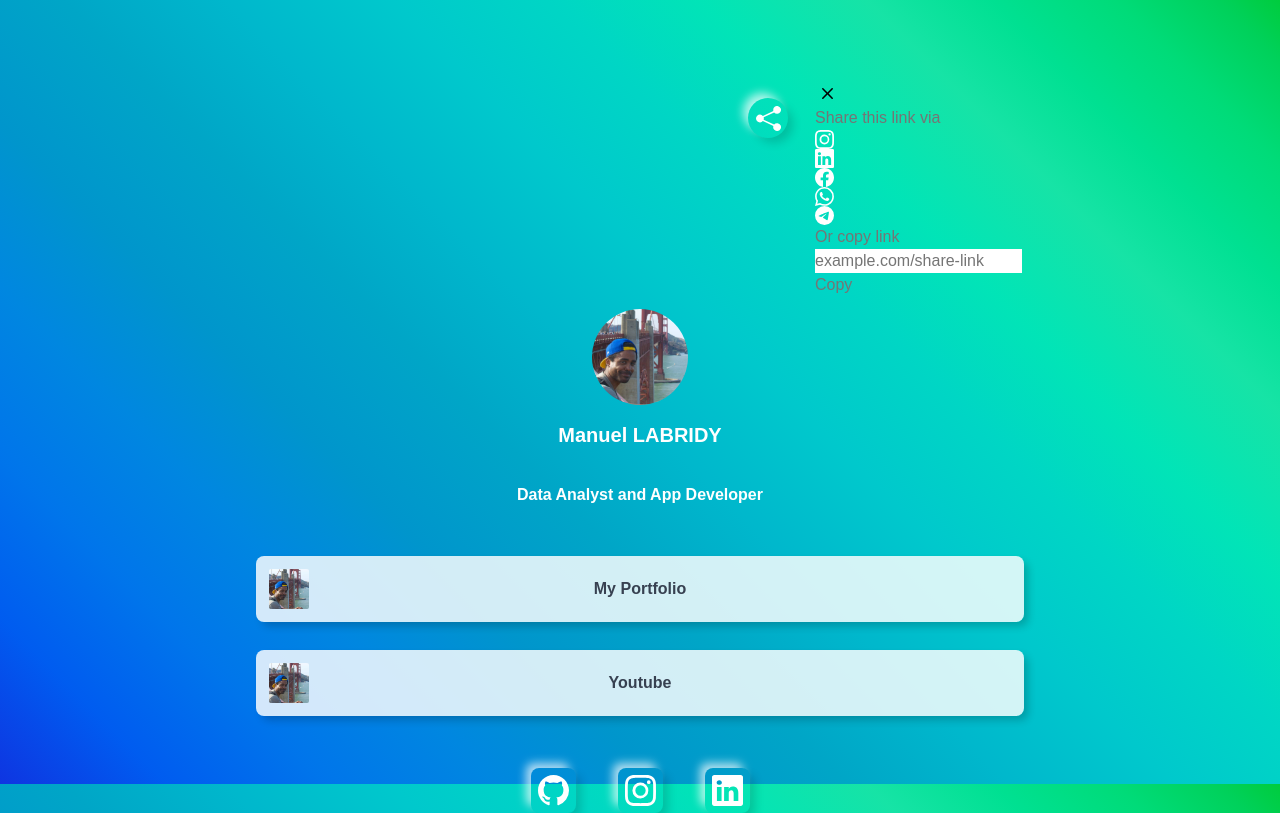
Repository: MateLaDBrouille97/linktree
Page: /
An editor plug-in stored every save of this project. The page is shown before and after the next save, followed by the edit.
The browser window is 1280 px wide. The pictures show the whole page.
The project was rebuilt for these pictures with package versions that can differ from the ones it lists, and the page was loaded fresh each time. The framework's server and built-in components were replaced by stand-ins that run in the browser. Also part of the build but not shown: next.config.js, styles/Home.module.css, styles/scrollup.css.

Above is the page before, as saved 2023-01-23 21:27:08.

### app/layout.tsx
"use client";

import '@/styles/globals.css'
import '../styles/Home.module.css';
import '../styles/scrollup.css';
import '../styles/home.css';
import '../styles/socials.css';
import '../styles/share.css';
import ScrollDow from '../components/ScrollDow';
import ScrollUp from '../components/scrollup/ScrollUp'

export default function RootLayout({
    children,
  }: {
    children: React.ReactNode;
  }) {
    return (
      <html lang="en">
        <body>{children}</body>
        {/* <ScrollDow/> */}
        {/* <ScrollUp/> */}
      </html>
    );
  }

### app/page.tsx
"use client";

import Image from "next/image";
import data from "data.json";
import image from "../public/ManuelTL2.jpg";
import image1 from "../public/ManuelTL2.jpg";
import { useEffect, useState } from "react";
import Socials from "../components/Socials";
import Share from "@/components/Share";

function LinkCard({
  href,
  title,
  image,
}: {
  href: string;
  title: string;
  image?: string;
}) {
  return (
    <a
      href={href}
      className="flex items-center p-3 w-full rounded-lg hover:scale-105 transition-all bg-gray-100 mb-3 -mt-2 max-w-3xl home__linkcard-box"
    >
      <div className="flex text-center w-full home__linkcard-card">
        <div className="w-10 h-10 home__linkcard-img">
          {image1 && (
            <Image
              className="rounded-sm"
              alt={data.name}
              src={image1}
              width={40}
              height={40}
            />
          )}
        </div>
        <h2 className="flex justify-center items-center font-semibold w-full text-gray-700 -ml-10 home__linkcard-title">
          {title}
        </h2>
      </div>
    </a>
  );
}

export default function Home() {
  /*==================== Toggle Menu ====================== */
  const [toggle, showMenu] = useState(false);
  const [activeNav, setActiveNav] = useState("#home");

  /* +++++++++++++++++++++++++++++++++++++++++++++++++ */
  // const { dbUser, image } = useUserContext();

  // const breakpoints = (width) => {
  //   if (width < 640) {
  //     return "xs";
  //   } else if (width >= 640 && width < 768) {
  //     return "sm";
  //   } else if (width >= 768 && width < 1024) {
  //     return "md";
  //   } else if (width >= 1024) {
  //     return "lg";
  //   }
  // };

  // const [breakpoint, setBreakpoint] = useState(() =>
  //   breakpoints(typeof window !== "undefined" && window.innerWidth)
  // );

  useEffect(() => {
    if (toggle) {
      // const calcInnerWidth = function () {
      //   setBreakpoint(breakpoints(window.innerWidth));
      // };
      // window.addEventListener("resize", calcInnerWidth);
      window.addEventListener("scroll", function () {
        const header = this.document.querySelector(".header");
        //scroll higher than 200 viewport height
        //add scroll header class to a tag with the scroll-top
        if (this.scrollY >= 80) header?.classList.add("scroll-header");
        else header?.classList.remove("scroll-header");
      });
    }
  }, []);

  useEffect(() => {
    showMenu(true);
  }, []);

  return (
    <div className="flex items-center flex-col mx-auto w-full justify-center mt-16 px-8 ">
      <Share/>
      <a
        href="#home"
        onClick={() => setActiveNav("#home")}
        // className={
        //   activeNav === "#home" ? "nav__logo active-link" : "nav__logo"
        // }
      >
        <Image
          className="rounded-full"
          alt={data.name}
          src={image}
          width={96}
          height={96}
        />
      </a>

      <h1 className="font-semibold mt-4 mb-8 text-xl" style={{color:"white"}}>{data.name}</h1>
      <h3 className="home__description" style={{color:"white"}}>{data.small_description}</h3>

      <div className="grid place-items-center w-full mt-2">
        {data.links.map((link) => (
          <LinkCard key={link.href} {...link} />
        ))}
      </div>

      <div className="gap-3 items-center flex mt-10">
        {data?.socials?.map((social) => {
         return(

          <Socials title={social?.title} key={social?.href} />
          )
        })}
      </div>
    </div>
  );
}

### styles/socials.css
/* .social__link{
    color: var(--container-color);
    font-size: 1.125rem;
    padding: 0.4rem;
    border-radius:1.5rem;
    display: inline-flex;
} */
/*
.social__link:hover{
    background-color:rgba(44, 203, 224, 0.986);
} */

.social__link{
    display:flex;
    /* background-color: var(--container-color); */
    color: var(--container-color);
    height: 45px;
    width: 45px;
    margin: 0 15px;
    border-radius: 8px;
    align-items: center;
    justify-content:center;
    text-decoration: none;
    box-shadow: 6px 6px 10px -1px rgba(0,0,0,0.15),
                -6px -6px 10px -1px rgba(255,255,255,0.7);
    border: 1px solid   rgba(0,0,0,0);
    transition: transform 0.5s;
}

a svg {
    font-size: 38px;
    color: white;
    transition: transform 0.5s;
}


.social__link:hover{
    background-color: rgba(255, 255, 255, 0.829);
    box-shadow: inset 4px 4px 6px -1px rgba(0,0,0,0.2),
                inset -4px -4px 6px -1px rgba(255,255,255,0.7),
                -0.5px -0.5px 0px  rgba(255,255,255,1),
                0.5px 0.5px 0px  rgba(0,0,0,0.15),
                0px -12px 10px -10px  rgba(0,0,0,0.05);
    border: 1px solid   rgba(0,0,0,0.1);
    transform:translateY(2px)  ;
}


a:hover svg{
    transform: scale(1.10);
    fill: black;
    transition: transform 0.5s;
}

a:hover .bi-linkedin{
    fill:rgb(18, 83, 203) ;
    transform:scale(1.10);
    transition: transform 0.5s;
}

a:hover .bi-instagram{
    fill:#e64771;
    transform:scale(1.10);
    transition: transform 0.5s;
}


/*=============== BREAKPOINTS ===============*/
/* For large devices */
@media screen and (max-width: 992px) {


    .social__link:hover{

        box-shadow: inset 4px 4px 6px -1px rgba(0,0,0,0.2),
                    inset -4px -4px 6px -1px rgba(255,255,255,0.7),
                    -0.5px -0.5px 0px  rgba(255,255,255,1),
                    0.5px 0.5px 0px  rgba(0,0,0,0.15),
                    0px -12px 10px -10px  rgba(0,0,0,0.05);
        border: 1px solid   rgba(0,0,0,0.1);
        transform:translateY(2px)  ;
    }




  }

  /* For medium devices */
  @media screen and (max-width: 768px) {




  }



  /* For small devices */
  @media screen and (max-width: 350px) {





  }

### styles/share.css
/*          Share   Items  */

.share-link{
    display:flex;
    /* background-color: var(--container-color); */
    color: var(--container-color);
    height: 45px;
    width: 45px;
    margin: 0 15px;
    border-radius: 22px;
    align-items: center;
    justify-content:center;
    text-decoration: none;
    box-shadow: 6px 6px 10px -1px rgba(0,0,0,0.15),
                -6px -6px 10px -1px rgba(255,255,255,0.7);
    border: 1px solid   rgba(0,0,0,0);
    transition: transform 0.5s;
}

.share-link:hover{
    background-color: rgba(255, 255, 255, 0.829);
    box-shadow: inset 4px 4px 6px -1px rgba(0,0,0,0.2),
                inset -4px -4px 6px -1px rgba(255,255,255,0.7),
                -0.5px -0.5px 0px  rgba(255,255,255,1),
                0.5px 0.5px 0px  rgba(0,0,0,0.15),
                0px -12px 10px -10px  rgba(0,0,0,0.05);
    border: 1px solid   rgba(0,0,0,0.1);
    transform:translateY(2px)  ;
}



/* .share-link .bi-share-fill{
    fill: white;
} */

.share-link:hover .bi-share-fill{
    fill: black;
    transform:scale(1.10);
    transition: transform 0.5s;

}

header{
    width:95%;
    max-width: 788px;
    display: flex;
    justify-content: flex-end;
    padding: 12px;
    margin-top: 5px;
}

.share-button{
    width: 40px;
    height: 40px;
    border-radius:20px;
    color: var(--container-color);

}

ul{
}

.content{
}

.share{
    width:95%;
    max-width: 788px;
    display: flex;
    justify-content: flex-end;
    padding: 12px;
    margin-top: 5px;
}

### components/Socials.tsx
function GitHubIcon() {
  return (
    <a href="https://github.com/LuckyMate97" className="social__link">
      <svg xmlns="http://www.w3.org/2000/svg" width="31" height="31" fill="white" className="bi bi-github" viewBox="0 0 16 16"> <path d="M8 0C3.58 0 0 3.58 0 8c0 3.54 2.29 6.53 5.47 7.59.4.07.55-.17.55-.38 0-.19-.01-.82-.01-1.49-2.01.37-2.53-.49-2.69-.94-.09-.23-.48-.94-.82-1.13-.28-.15-.68-.52-.01-.53.63-.01 1.08.58 1.23.82.72 1.21 1.87.87 2.33.66.07-.52.28-.87.51-1.07-1.78-.2-3.64-.89-3.64-3.95 0-.87.31-1.59.82-2.15-.08-.2-.36-1.02.08-2.12 0 0 .67-.21 2.2.82.64-.18 1.32-.27 2-.27.68 0 1.36.09 2 .27 1.53-1.04 2.2-.82 2.2-.82.44 1.1.16 1.92.08 2.12.51.56.82 1.27.82 2.15 0 3.07-1.87 3.75-3.65 3.95.29.25.54.73.54 1.48 0 1.07-.01 1.93-.01 2.2 0 .21.15.46.55.38A8.012 8.012 0 0 0 16 8c0-4.42-3.58-8-8-8z"/> </svg>
    </a>
  );
}

function InstagramIcon() {
  return (
    <a href="https://www.instagram.com/oto.mata33/" className="social__link">
      <svg xmlns="http://www.w3.org/2000/svg" width="31" height="31" fill="white" className="bi bi-instagram" viewBox="0 0 16 16"> <path d="M8 0C5.829 0 5.556.01 4.703.048 3.85.088 3.269.222 2.76.42a3.917 3.917 0 0 0-1.417.923A3.927 3.927 0 0 0 .42 2.76C.222 3.268.087 3.85.048 4.7.01 5.555 0 5.827 0 8.001c0 2.172.01 2.444.048 3.297.04.852.174 1.433.372 1.942.205.526.478.972.923 1.417.444.445.89.719 1.416.923.51.198 1.09.333 1.942.372C5.555 15.99 5.827 16 8 16s2.444-.01 3.298-.048c.851-.04 1.434-.174 1.943-.372a3.916 3.916 0 0 0 1.416-.923c.445-.445.718-.891.923-1.417.197-.509.332-1.09.372-1.942C15.99 10.445 16 10.173 16 8s-.01-2.445-.048-3.299c-.04-.851-.175-1.433-.372-1.941a3.926 3.926 0 0 0-.923-1.417A3.911 3.911 0 0 0 13.24.42c-.51-.198-1.092-.333-1.943-.372C10.443.01 10.172 0 7.998 0h.003zm-.717 1.442h.718c2.136 0 2.389.007 3.232.046.78.035 1.204.166 1.486.275.373.145.64.319.92.599.28.28.453.546.598.92.11.281.24.705.275 1.485.039.843.047 1.096.047 3.231s-.008 2.389-.047 3.232c-.035.78-.166 1.203-.275 1.485a2.47 2.47 0 0 1-.599.919c-.28.28-.546.453-.92.598-.28.11-.704.24-1.485.276-.843.038-1.096.047-3.232.047s-2.39-.009-3.233-.047c-.78-.036-1.203-.166-1.485-.276a2.478 2.478 0 0 1-.92-.598 2.48 2.48 0 0 1-.6-.92c-.109-.281-.24-.705-.275-1.485-.038-.843-.046-1.096-.046-3.233 0-2.136.008-2.388.046-3.231.036-.78.166-1.204.276-1.486.145-.373.319-.64.599-.92.28-.28.546-.453.92-.598.282-.11.705-.24 1.485-.276.738-.034 1.024-.044 2.515-.045v.002zm4.988 1.328a.96.96 0 1 0 0 1.92.96.96 0 0 0 0-1.92zm-4.27 1.122a4.109 4.109 0 1 0 0 8.217 4.109 4.109 0 0 0 0-8.217zm0 1.441a2.667 2.667 0 1 1 0 5.334 2.667 2.667 0 0 1 0-5.334z"/> </svg>
    </a>
  );
}

function LinkedInIcon() {
  return (
    <a href="https://ca.linkedin.com/" className="social__link">
      <svg xmlns="http://www.w3.org/2000/svg" width="31" height="31" fill="white" className="bi bi-linkedin" viewBox="0 0 16 16"> <path d="M0 1.146C0 .513.526 0 1.175 0h13.65C15.474 0 16 .513 16 1.146v13.708c0 .633-.526 1.146-1.175 1.146H1.175C.526 16 0 15.487 0 14.854V1.146zm4.943 12.248V6.169H2.542v7.225h2.401zm-1.2-8.212c.837 0 1.358-.554 1.358-1.248-.015-.709-.52-1.248-1.342-1.248-.822 0-1.359.54-1.359 1.248 0 .694.521 1.248 1.327 1.248h.016zm4.908 8.212V9.359c0-.216.016-.432.08-.586.173-.431.568-.878 1.232-.878.869 0 1.216.662 1.216 1.634v3.865h2.401V9.25c0-2.22-1.184-3.252-2.764-3.252-1.274 0-1.845.7-2.165 1.193v.025h-.016a5.54 5.54 0 0 1 .016-.025V6.169h-2.4c.03.678 0 7.225 0 7.225h2.4z"/> </svg>
    </a>
  );
}

function Socials({ title }:{title?:string;}) {
  if (title == "Instagram") {
    return <InstagramIcon  />;
  }
  if (title == "Github") {
    return <GitHubIcon  />;
  }
  if (title == "LinkedIn") {
    return <LinkedInIcon  />;
  }
}

export default Socials;

### components/Share.tsx
import React from "react";

const Share = () => {
  return (
    <div className="share">
      <header>
        <div className="share-button share-link">
          <svg
            xmlns="http://www.w3.org/2000/svg"
            width="25"
            height="25"
            fill="white"
            className="bi bi-share-fill"
            viewBox="0 0 16 16"
          >
            {" "}
            <path d="M11 2.5a2.5 2.5 0 1 1 .603 1.628l-6.718 3.12a2.499 2.499 0 0 1 0 1.504l6.718 3.12a2.5 2.5 0 1 1-.488.876l-6.718-3.12a2.5 2.5 0 1 1 0-3.256l6.718-3.12A2.5 2.5 0 0 1 11 2.5z" />{" "}
          </svg>
        </div>
      </header>
      <div>
        <div className="close">
          <svg
            xmlns="http://www.w3.org/2000/svg"
            width="25"
            height="25"
            fill="black"
            className="bi bi-x"
            viewBox="0 0 16 16"
          >
            {" "}
            <path d="M4.646 4.646a.5.5 0 0 1 .708 0L8 7.293l2.646-2.647a.5.5 0 0 1 .708.708L8.707 8l2.647 2.646a.5.5 0 0 1-.708.708L8 8.707l-2.646 2.647a.5.5 0 0 1-.708-.708L7.293 8 4.646 5.354a.5.5 0 0 1 0-.708z" />{" "}
          </svg>{" "}
        </div>
        <div className="content">
          <p>Share this link via </p>
          <ul>
            <a href="" className="social__link-share">
              <svg
                xmlns="http://www.w3.org/2000/svg"
                width="19"
                height="19"
                fill="white"
                className="bi bi-instagram"
                viewBox="0 0 16 16"
              >
                {" "}
                <path d="M8 0C5.829 0 5.556.01 4.703.048 3.85.088 3.269.222 2.76.42a3.917 3.917 0 0 0-1.417.923A3.927 3.927 0 0 0 .42 2.76C.222 3.268.087 3.85.048 4.7.01 5.555 0 5.827 0 8.001c0 2.172.01 2.444.048 3.297.04.852.174 1.433.372 1.942.205.526.478.972.923 1.417.444.445.89.719 1.416.923.51.198 1.09.333 1.942.372C5.555 15.99 5.827 16 8 16s2.444-.01 3.298-.048c.851-.04 1.434-.174 1.943-.372a3.916 3.916 0 0 0 1.416-.923c.445-.445.718-.891.923-1.417.197-.509.332-1.09.372-1.942C15.99 10.445 16 10.173 16 8s-.01-2.445-.048-3.299c-.04-.851-.175-1.433-.372-1.941a3.926 3.926 0 0 0-.923-1.417A3.911 3.911 0 0 0 13.24.42c-.51-.198-1.092-.333-1.943-.372C10.443.01 10.172 0 7.998 0h.003zm-.717 1.442h.718c2.136 0 2.389.007 3.232.046.78.035 1.204.166 1.486.275.373.145.64.319.92.599.28.28.453.546.598.92.11.281.24.705.275 1.485.039.843.047 1.096.047 3.231s-.008 2.389-.047 3.232c-.035.78-.166 1.203-.275 1.485a2.47 2.47 0 0 1-.599.919c-.28.28-.546.453-.92.598-.28.11-.704.24-1.485.276-.843.038-1.096.047-3.232.047s-2.39-.009-3.233-.047c-.78-.036-1.203-.166-1.485-.276a2.478 2.478 0 0 1-.92-.598 2.48 2.48 0 0 1-.6-.92c-.109-.281-.24-.705-.275-1.485-.038-.843-.046-1.096-.046-3.233 0-2.136.008-2.388.046-3.231.036-.78.166-1.204.276-1.486.145-.373.319-.64.599-.92.28-.28.546-.453.92-.598.282-.11.705-.24 1.485-.276.738-.034 1.024-.044 2.515-.045v.002zm4.988 1.328a.96.96 0 1 0 0 1.92.96.96 0 0 0 0-1.92zm-4.27 1.122a4.109 4.109 0 1 0 0 8.217 4.109 4.109 0 0 0 0-8.217zm0 1.441a2.667 2.667 0 1 1 0 5.334 2.667 2.667 0 0 1 0-5.334z" />{" "}
              </svg>
            </a>
            <a href="" className="social__link-share">
              <svg
                xmlns="http://www.w3.org/2000/svg"
                width="19"
                height="19"
                fill="white"
                className="bi bi-linkedin"
                viewBox="0 0 16 16"
              >
                {" "}
                <path d="M0 1.146C0 .513.526 0 1.175 0h13.65C15.474 0 16 .513 16 1.146v13.708c0 .633-.526 1.146-1.175 1.146H1.175C.526 16 0 15.487 0 14.854V1.146zm4.943 12.248V6.169H2.542v7.225h2.401zm-1.2-8.212c.837 0 1.358-.554 1.358-1.248-.015-.709-.52-1.248-1.342-1.248-.822 0-1.359.54-1.359 1.248 0 .694.521 1.248 1.327 1.248h.016zm4.908 8.212V9.359c0-.216.016-.432.08-.586.173-.431.568-.878 1.232-.878.869 0 1.216.662 1.216 1.634v3.865h2.401V9.25c0-2.22-1.184-3.252-2.764-3.252-1.274 0-1.845.7-2.165 1.193v.025h-.016a5.54 5.54 0 0 1 .016-.025V6.169h-2.4c.03.678 0 7.225 0 7.225h2.4z" />{" "}
              </svg>
            </a>
            <a href="" className="social__link-share">
              <svg
                xmlns="http://www.w3.org/2000/svg"
                width="19"
                height="19"
                fill="currentColor"
                className="bi bi-facebook"
                viewBox="0 0 16 16"
              >
                {" "}
                <path d="M16 8.049c0-4.446-3.582-8.05-8-8.05C3.58 0-.002 3.603-.002 8.05c0 4.017 2.926 7.347 6.75 7.951v-5.625h-2.03V8.05H6.75V6.275c0-2.017 1.195-3.131 3.022-3.131.876 0 1.791.157 1.791.157v1.98h-1.009c-.993 0-1.303.621-1.303 1.258v1.51h2.218l-.354 2.326H9.25V16c3.824-.604 6.75-3.934 6.75-7.951z" />{" "}
              </svg>
            </a>
            <a href="" className="social__link-share">
              <svg
                xmlns="http://www.w3.org/2000/svg"
                width="19"
                height="19"
                fill="currentColor"
                className="bi bi-whatsapp"
                viewBox="0 0 16 16"
              >
                {" "}
                <path d="M13.601 2.326A7.854 7.854 0 0 0 7.994 0C3.627 0 .068 3.558.064 7.926c0 1.399.366 2.76 1.057 3.965L0 16l4.204-1.102a7.933 7.933 0 0 0 3.79.965h.004c4.368 0 7.926-3.558 7.93-7.93A7.898 7.898 0 0 0 13.6 2.326zM7.994 14.521a6.573 6.573 0 0 1-3.356-.92l-.24-.144-2.494.654.666-2.433-.156-.251a6.56 6.56 0 0 1-1.007-3.505c0-3.626 2.957-6.584 6.591-6.584a6.56 6.56 0 0 1 4.66 1.931 6.557 6.557 0 0 1 1.928 4.66c-.004 3.639-2.961 6.592-6.592 6.592zm3.615-4.934c-.197-.099-1.17-.578-1.353-.646-.182-.065-.315-.099-.445.099-.133.197-.513.646-.627.775-.114.133-.232.148-.43.05-.197-.1-.836-.308-1.592-.985-.59-.525-.985-1.175-1.103-1.372-.114-.198-.011-.304.088-.403.087-.088.197-.232.296-.346.1-.114.133-.198.198-.33.065-.134.034-.248-.015-.347-.05-.099-.445-1.076-.612-1.47-.16-.389-.323-.335-.445-.34-.114-.007-.247-.007-.38-.007a.729.729 0 0 0-.529.247c-.182.198-.691.677-.691 1.654 0 .977.71 1.916.81 2.049.098.133 1.394 2.132 3.383 2.992.47.205.84.326 1.129.418.475.152.904.129 1.246.08.38-.058 1.171-.48 1.338-.943.164-.464.164-.86.114-.943-.049-.084-.182-.133-.38-.232z" />{" "}
              </svg>
            </a>
            <a href="" className="social__link-share">
              <svg
                xmlns="http://www.w3.org/2000/svg"
                width="19"
                height="19"
                fill="currentColor"
                className="bi bi-telegram"
                viewBox="0 0 16 16"
              >
                {" "}
                <path d="M16 8A8 8 0 1 1 0 8a8 8 0 0 1 16 0zM8.287 5.906c-.778.324-2.334.994-4.666 2.01-.378.15-.577.298-.595.442-.03.243.275.339.69.47l.175.055c.408.133.958.288 1.243.294.26.006.549-.1.868-.32 2.179-1.471 3.304-2.214 3.374-2.23.05-.012.12-.026.166.016.047.041.042.12.037.141-.03.129-1.227 1.241-1.846 1.817-.193.18-.33.307-.358.336a8.154 8.154 0 0 1-.188.186c-.38.366-.664.64.015 1.088.327.216.589.393.85.571.284.194.568.387.936.629.093.06.183.125.27.187.331.236.63.448.997.414.214-.02.435-.22.547-.82.265-1.417.786-4.486.906-5.751a1.426 1.426 0 0 0-.013-.315.337.337 0 0 0-.114-.217.526.526 0 0 0-.31-.093c-.3.005-.763.166-2.984 1.09z" />{" "}
              </svg>
            </a>
          </ul>
          <p> Or copy link</p>
          <div className="field">
            <input type="text" value="example.com/share-link" />
            <button>Copy</button>
          </div>
        </div>
      </div>
    </div>
  );
};

export default Share;

Loaded but not shown: data.json (35 lines, source omitted); tailwind.config.js (13 lines, source omitted); styles/globals.css (269 lines, source omitted); styles/home.css (267 lines, source omitted)

After the next save:
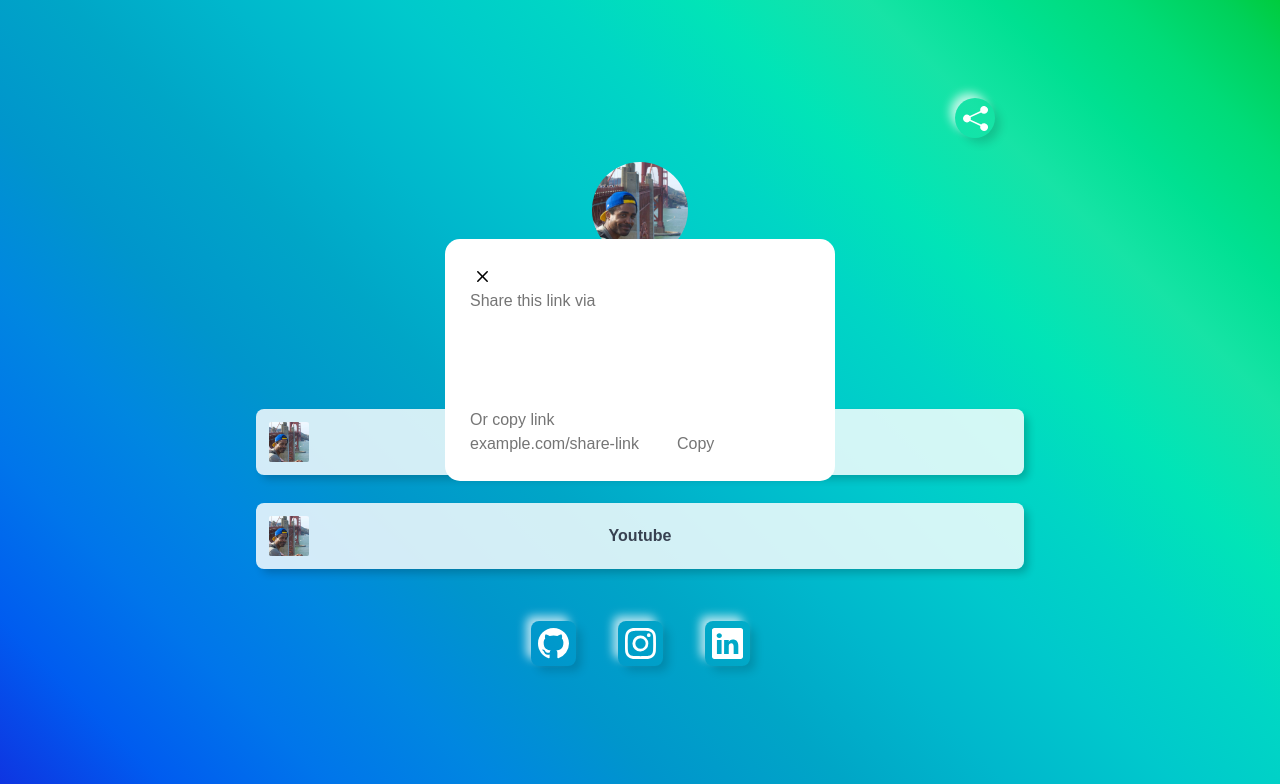
Saved 4 min 22 s later.
--- a/styles/share.css
+++ b/styles/share.css
@@ -72,3 +72,15 @@ ul{
     padding: 12px;
     margin-top: 5px;
 }
+
+.modal-share{
+    position: absolute;
+    top: 50%;
+    left: 50%;
+    transform: translate(-50%,-50%);
+    background : var(--container-color);
+    padding: 25px;
+    border-radius: 15px;
+    max-width: 390px;
+    width: 100%;
+}
--- a/components/Share.tsx
+++ b/components/Share.tsx
@@ -18,7 +18,7 @@ const Share = () => {
           </svg>
         </div>
       </header>
-      <div>
+      <div className="modal-share">
         <div className="close">
           <svg
             xmlns="http://www.w3.org/2000/svg"
